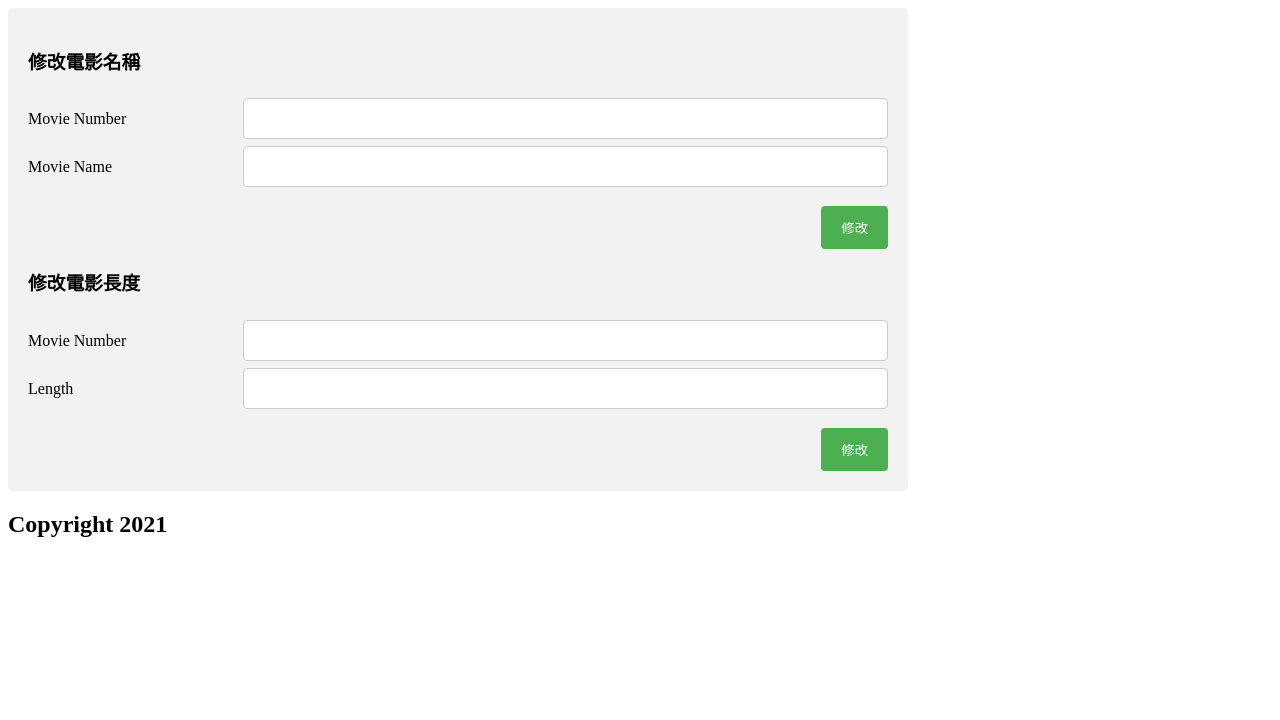
Repository: PEICHI26/Cinema
Page: http://localhost/Cinema/Update.jsp
These files come from the project's save history. The page is drawn as it stood at one moment and after the next save; the edit follows.
The browser window is 1280 px wide. The pictures show the whole page.
The page is served by Tomcat 9. Nobody is signed in. The application's start-up code is not run.

Above is the page before, as saved 2021-12-18 07:58:03.

After the next save:
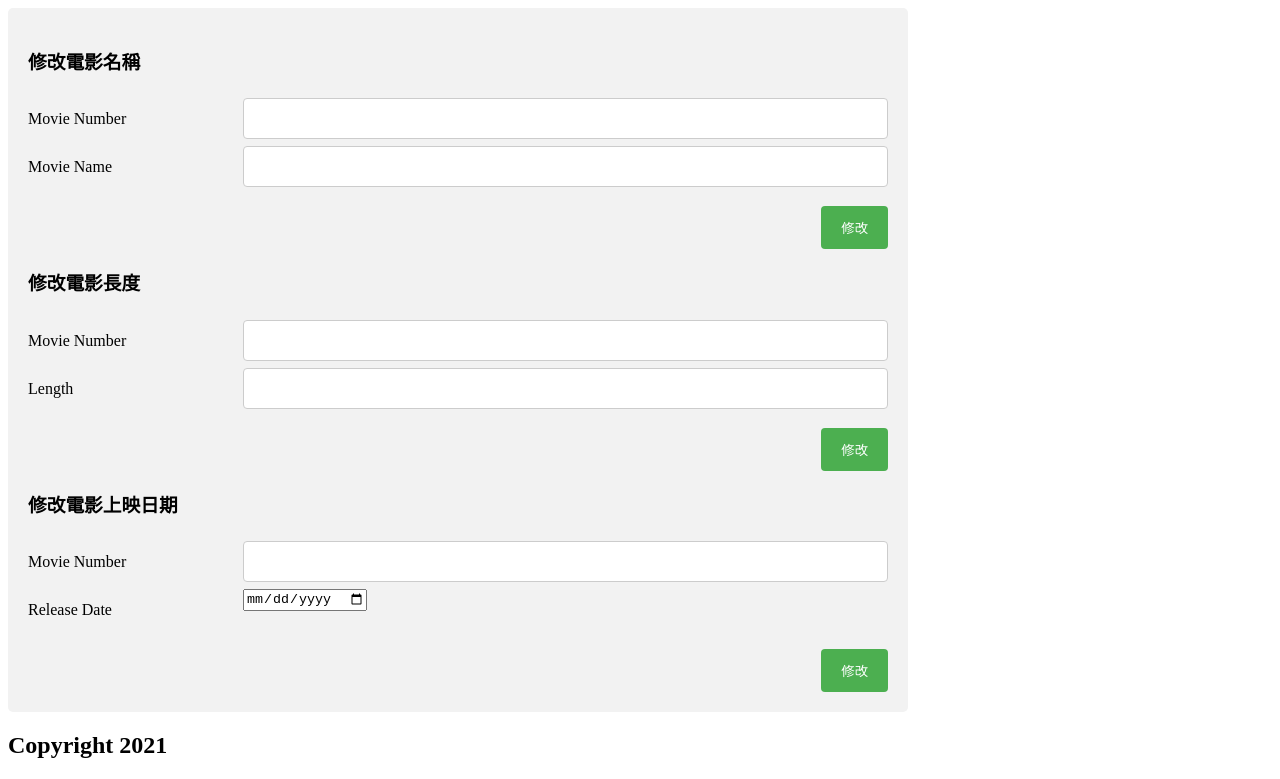
Saved 4 min 36 s later.
--- a/Cinema/src/main/webapp/Update.jsp
+++ b/Cinema/src/main/webapp/Update.jsp
@@ -124,6 +124,30 @@ input[type=submit]:hover {
 				<input type="submit" name="UPDATELENGTH" value="修改">
 			</div>
 		</form>
+		<h3>修改電影上映日期</h3>
+		<form action="MovieServlet" method="post">
+			<div class="row">
+				<div class="col-25">
+					<label for="movieno">Movie Number</label>
+				</div>
+				<div class="col-75">
+					<input type="text" id="movieno" name="movieno" placeholder="">
+				</div>
+			</div>
+			<div class="row">
+				<div class="col-25">
+					<label for="moviename">Release Date</label>
+				</div>
+				<div class="col-75">
+					<input type="date" id="rdate" name="rdate">
+				</div>
+			</div>
+
+			<br>
+			<div class="row">
+				<input type="submit" name="UPDATEDATE" value="修改">
+			</div>
+		</form>
 	</div>
 	<%@ include file="copyright.jspf"%>
 </body>
